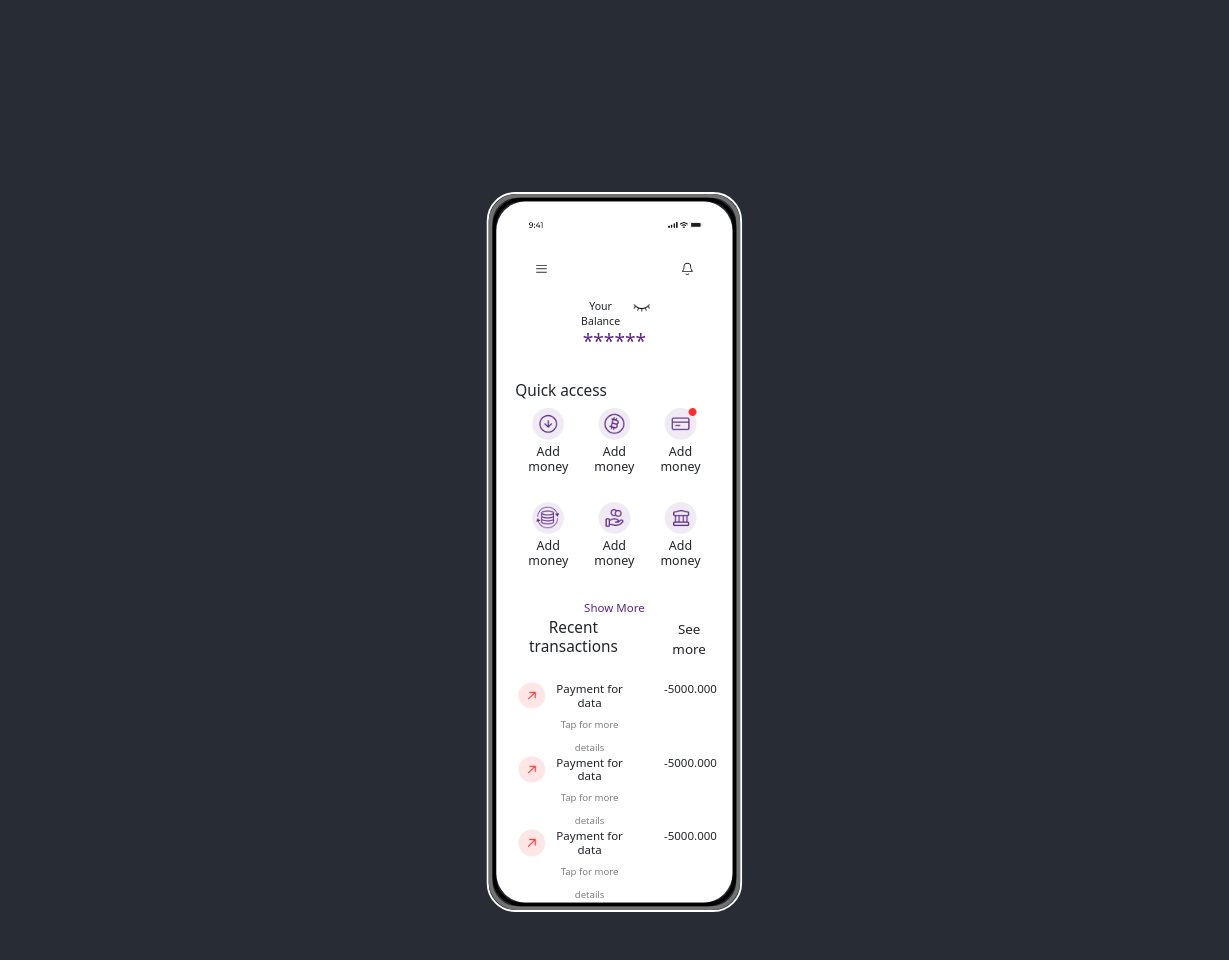
Repository: sarahnnanyelugo/fcmb-hackathon
Page: /
An editor plug-in stored every save of this project. The page is shown before and after the next save, followed by the edit.
The browser window is 1280 px wide. The pictures show the whole page, at 96% of full size.
The project was rebuilt for these pictures with package versions that can differ from the ones it lists, and the page was loaded fresh each time.

Above is the page before, as saved 2023-10-28 18:49:17.

After the next save:
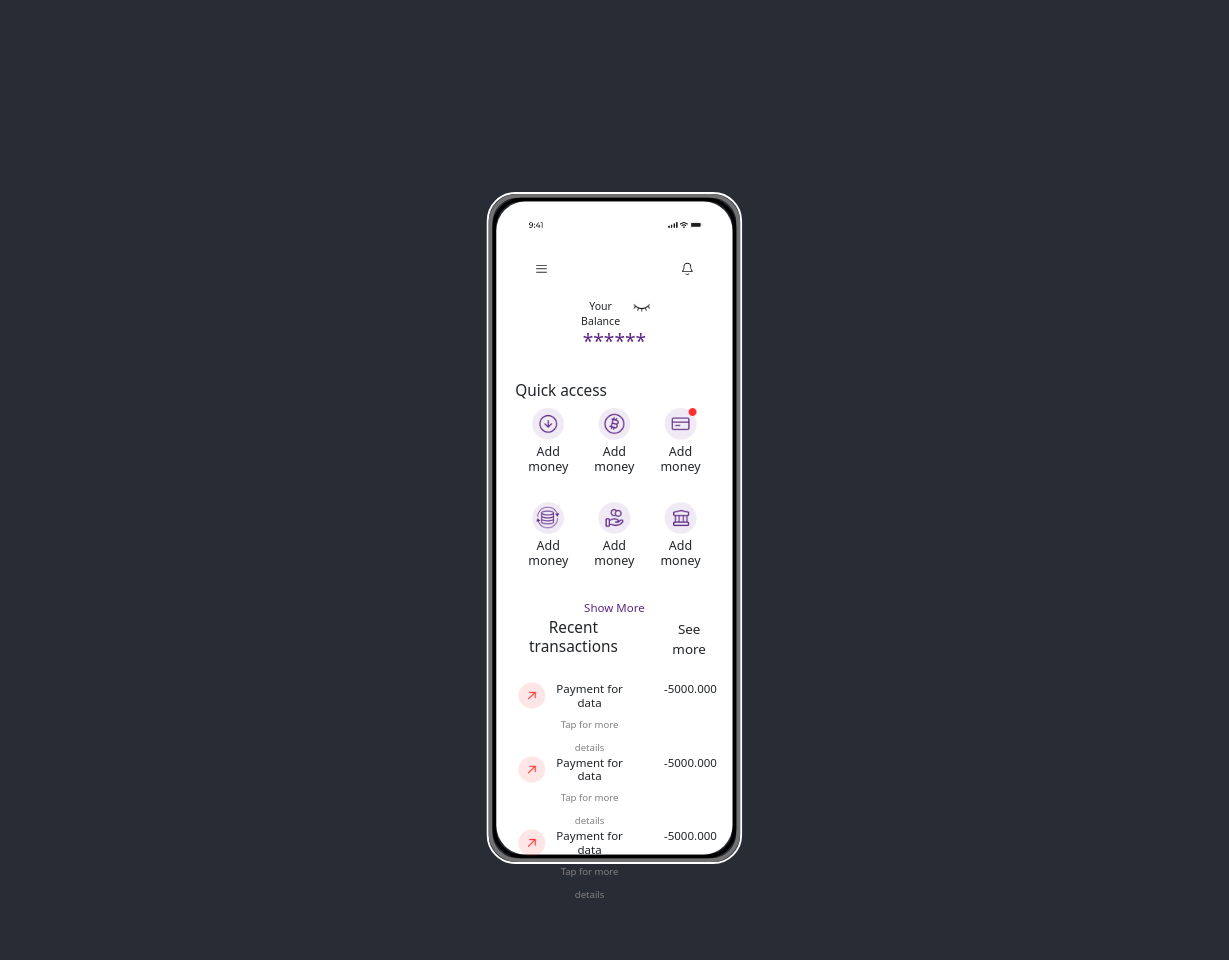
Saved 14 s later.
--- a/src/App.scss
+++ b/src/App.scss
@@ -7,7 +7,7 @@
 
 .app {
   border: solid 2px #fff;
-  height: 750px;
+  height: 700px;
   border-radius: 30px;
 }
 .app-inner {
